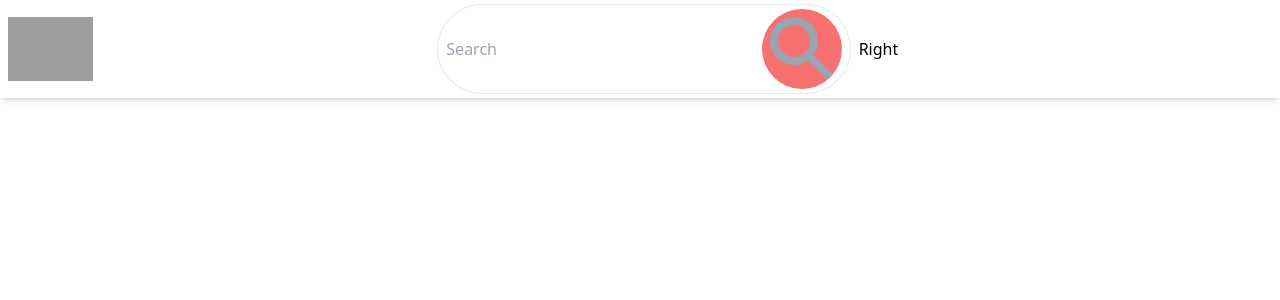
Repository: BroDudeeee/Airbnb-Clone
Page: /
These files come from the project's save history. The page is drawn as it stood at one moment and after the next save; the edit follows.
The browser window is 1280 px wide. The pictures show the whole page.
Pictures or frames that could not be fetched are drawn as grey boxes. The project was rebuilt for these pictures with package versions that can differ from the ones it lists, and the page was loaded fresh each time. The framework's server and built-in components were replaced by stand-ins that run in the browser. Also part of the build but not shown: next.config.js.

Above is the page before, as saved 2022-06-20 20:02:05.

After the next save:
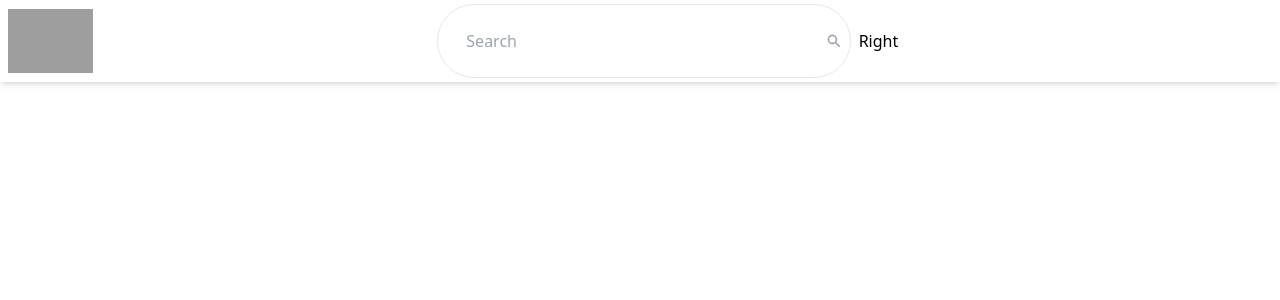
Saved 22 s later.
--- a/components/Header.js
+++ b/components/Header.js
@@ -19,10 +19,10 @@ const Header = () => {
         <input
           type="text"
           placeholder='Search'
-          className='md:flex-grow bg-transparent placeholder-gray-400 text-gray-600 pr-5'
+          className='md:flex-grow bg-transparent placeholder-gray-400 text-gray-600 p-5'
         />
         <SearchIcon
-          className='h-20 bg-red-400 text-gray-400 rounded-full'
+          className='h-4 text-gray-400 rounded-full hidden md:inline-flex'
         />
       </div>
 
